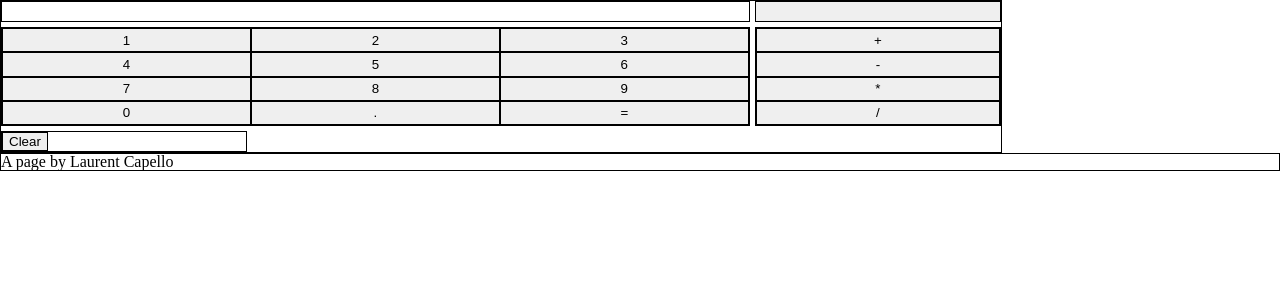
Repository: sokafootball/js-calculator
Page: index.html
An editor plug-in stored every save of this project. The page is shown before and after a run of saves, followed by the edit.
The browser window is 1280 px wide. The pictures show the whole page.

Above is the page before, as saved 2020-04-26 12:30:28.

### index.html
<html>
<head>
  <link rel="stylesheet" type="text/css" href="reset.css">
  <link rel="stylesheet" type="text/css" href="style.css">
  <link rel="stylesheet" type="text/css" href="wireframe.css">
</head>
<body>
<main id="main">
  <div id="calculator">
    <p id="display"></p>
    <button id="backspace" class="button"></button>
    <div id="numpad">
      <button class="button">1</button>
      <button class="button">2</button>
      <button class="button">3</button>
      <button class="button">4</button>
      <button class="button">5</button>
      <button class="button">6</button>
      <button class="button">7</button>
      <button class="button">8</button>
      <button class="button">9</button>
      <button class="button">0</button>
      <button class="button">.</button>
      <button class="button">=</button>
    </div>
    <div id="operators">
      <button class="button">+</button>
      <button class="button">-</button>
      <button class="button">*</button>
      <button class="button">/</button>
    </div>
    <div id="calc-bottom">
      <button id="clear-button" class="button">Clear</button>
    </div>
  </div>
</main>
<footer>
  <p>A page by <span id="signature">Laurent Capello</span></p>
</footer>
<script type="text/javascript" src="script.js"></script>
</body>
</html>

### style.css
#backspace{
  grid-area: backspace;
}

#calc-top{
  margin-bottom: 40px;
}

#clear-button{
  grid-area: clear;
}

#display{
  grid-area: display;
}

#calculator{
  width: 1000px;
  display: grid;
  gap: 5px 5px;
  grid-template-areas:
    "display display display backspace"
    "numpad numpad numpad operators"
    "numpad numpad numpad operators"
    "numpad numpad numpad operators"
    "numpad numpad numpad operators"
    ". clear clear .";
  grid-template-columns: repeat(4, 1fr);
  grid-template-rows: repeat(6, 1fr);
}

#numpad{
  display: grid;
  grid-area: numpad;
  grid-template-columns: repeat(3, 1fr);
  grid-template-rows: repeat(4, 1fr);
}

#operators{
  display: flex;
  flex-direction: column;
  justify-content: space-evenly;
  grid-area: operators;
}

#operators button{
  flex-grow: 1;
}

### wireframe.css
button, div, p {
  border: 1px solid black;
}

Loaded but not shown: reset.css (common file); script.js (no copy from this time; the picture is the same without it)

After the next 2 saves:
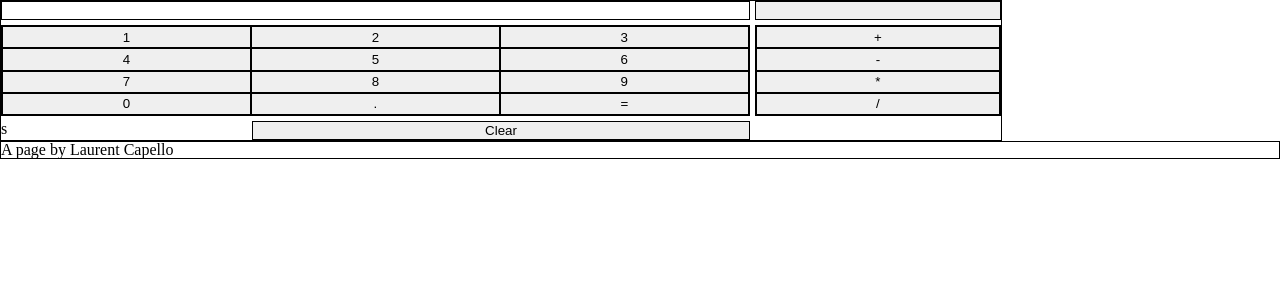
The 2 saves are shown as one change because they came seconds apart.
The last was saved 14 s later.
--- a/index.html
+++ b/index.html
@@ -29,9 +29,7 @@
       <button class="button">*</button>
       <button class="button">/</button>
     </div>
-    <div id="calc-bottom">
-      <button id="clear-button" class="button">Clear</button>
-    </div>
+    <button id="clear-button" class="button">Clear</button>s
   </div>
 </main>
 <footer>
